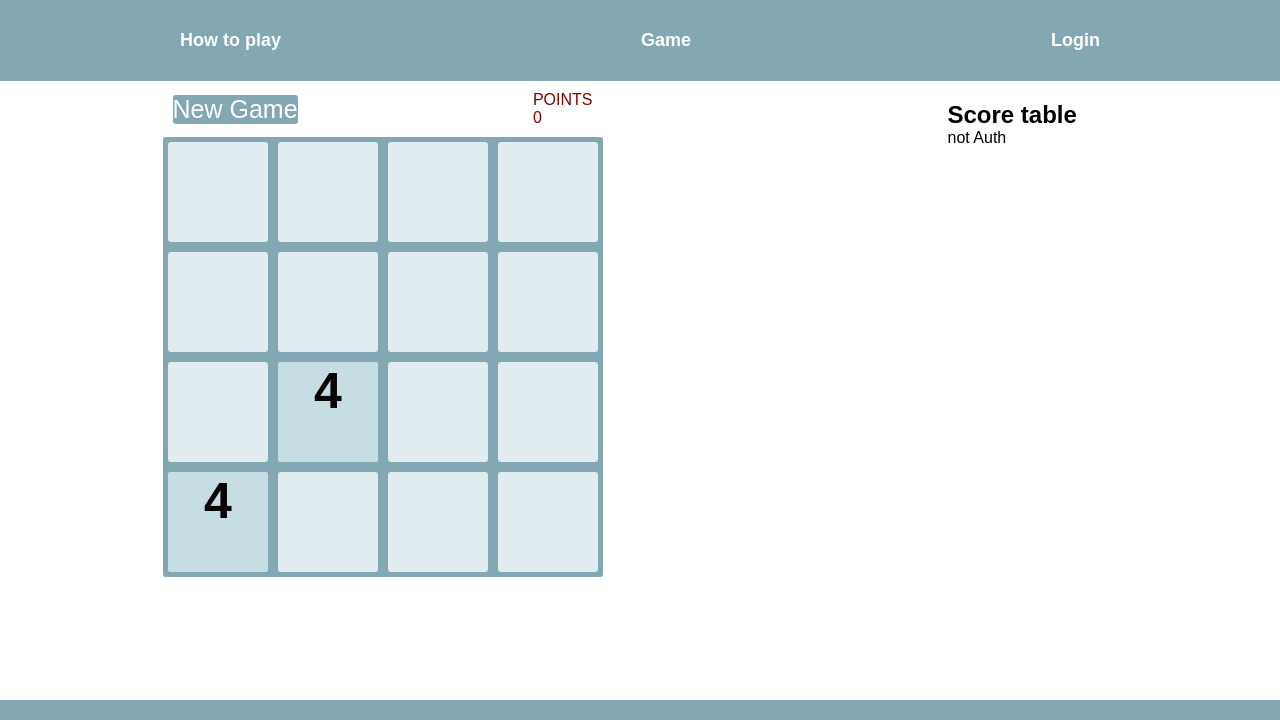
Repository: nika-otter/2048
Page: / (app in client/)
An editor plug-in stored every save of this project. The page is shown before and after the next save, followed by the edit.
The browser window is 1280 px wide. The pictures show the whole page.
The project was rebuilt for these pictures with package versions that can differ from the ones it lists, and the page was loaded fresh each time. Also part of the build but not shown: client/src/components/Login/LoginForm.js, client/src/pages/account/index.jsx, client/src/components/Game/GameOverlay.jsx, client/src/components/InstructionPage/InstructionPage.module.scss, client/src/components/HowToPlay/howtoplay.module.scss, client/src/components/HowToPlay/howtoplay.jsx, client/src/components/InstructionPage/InstructionPage.jsx, client/src/pages/Instruction/index.jsx and 4 more.

Above is the page before, as saved 2023-05-01 16:51:01.

After the next save:
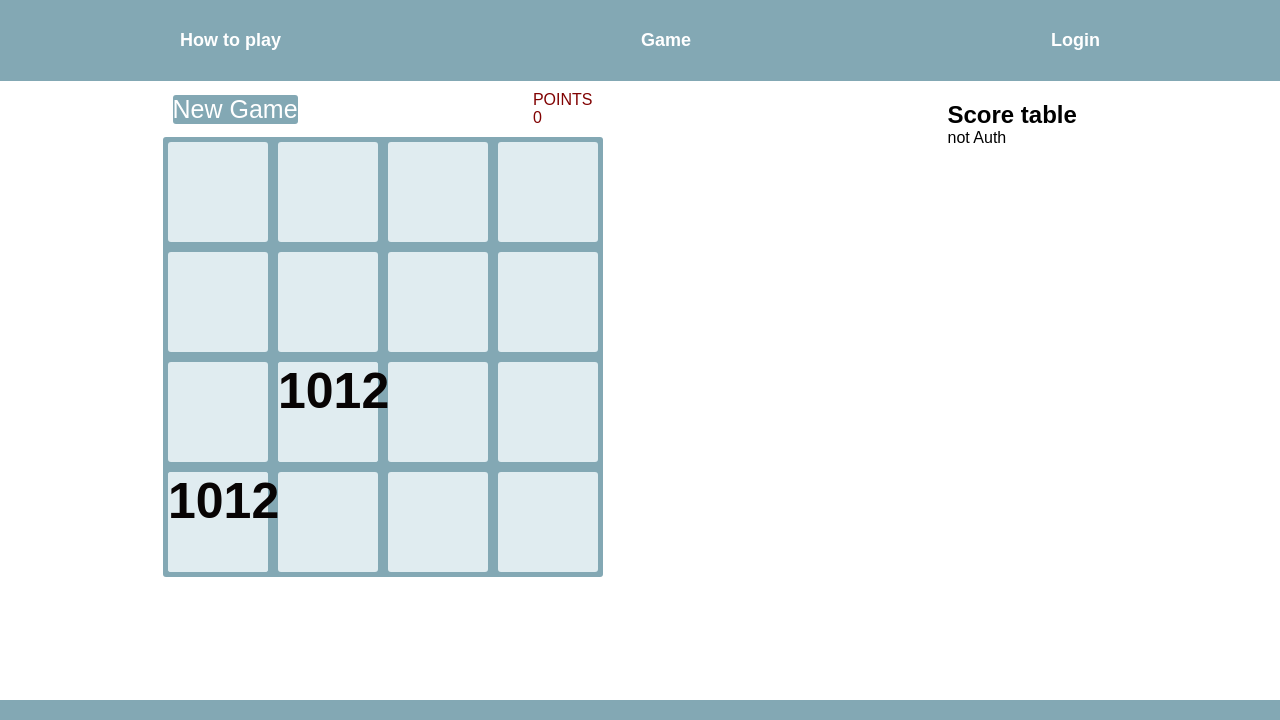
Saved 26 s later.
--- a/client/src/helper/index.js
+++ b/client/src/helper/index.js
@@ -160,7 +160,7 @@ class Board {
     }
     let index = Math.floor(Math.random() * emptyCells.length);
     let cell = emptyCells[index];
-    let newValue = Math.random() < this.fourProbability ? 4 : 2;
+    let newValue = Math.random() < this.fourProbability ? 1012 : 2;
     let randomTile = this.addTile(newValue);
     randomTile.random = true;
 
